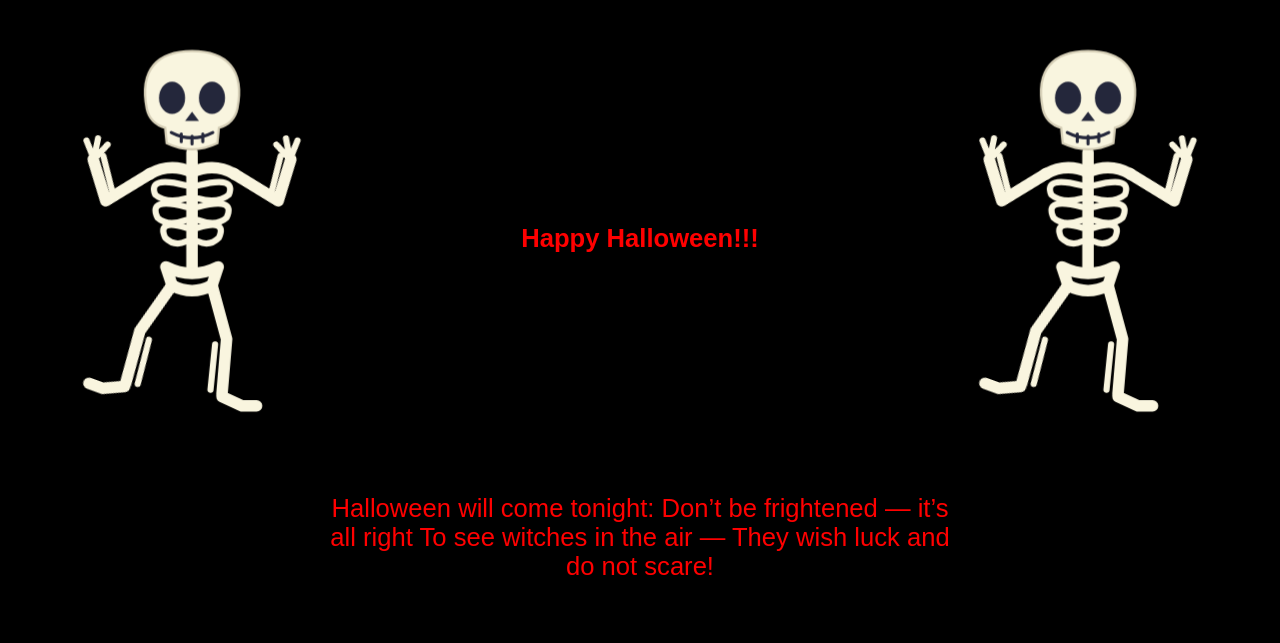
Repository: TkachenkoAlinaArthurovna/production
Page: css/animation/animation.html
An editor plug-in stored every save of this project. The page is shown before and after the next save, followed by the edit.
The browser window is 1280 px wide. The pictures show the whole page.
Some web fonts or font styles are not loaded; a fallback is used.

Above is the page before, as saved 2026-10-18 15:57:55.

### css/animation/animation.html
<!doctype html>
<html lang="en">
  <head>
    <meta charset="UTF-8" />
    <meta name="viewport" content="width=device-width, initial-scale=1.0" />
    <title>Document</title>
    <link rel="stylesheet" href="./animation.css" />
    <link rel="preconnect" href="https://fonts.googleapis.com" />
    <link rel="preconnect" href="https://fonts.gstatic.com" crossorigin />
    <link
      href="https://fonts.googleapis.com/css2?family=Nosifer&display=swap"
      rel="stylesheet"
    />
  </head>
  <body>
    <div class="container">
      <svg
        xmlns="http://www.w3.org/2000/svg"
        width="500"
        height="600"
        viewBox="0 0 500 600"
        role="img"
        aria-labelledby="title desc"
      >
        <title id="title">Скелетик танцює по-новому</title>
        <desc id="desc">
          Скелетик піднімає обидві руки та по черзі піднімає ноги.
        </desc>
        <style>
          .bone {
            fill: none;
            stroke: #f9f5df;
            stroke-width: 15;
            stroke-linecap: round;
            stroke-linejoin: round;
          }
          .thin {
            stroke-width: 8;
          }
          .left-arm {
            transform-origin: 195px 220px;
            animation: armLeft 1.6s ease-in-out infinite;
          }
          .right-arm {
            transform-origin: 305px 220px;
            animation: armRight 1.6s ease-in-out infinite;
          }
          .left-leg {
            transform-origin: 224px 365px;
            animation: legLeft 1.6s ease-in-out infinite;
          }
          .right-leg {
            transform-origin: 276px 365px;
            animation: legRight 1.6s ease-in-out infinite;
          }
          .dancer {
            animation: bounce 1.6s ease-in-out infinite;
          }
          @keyframes armLeft {
            0%,
            100% {
              transform: rotate(0deg);
            }
            50% {
              transform: rotate(100deg);
            }
          }
          @keyframes armRight {
            0%,
            100% {
              transform: rotate(0deg);
            }
            50% {
              transform: rotate(-100deg);
            }
          }
          @keyframes legLeft {
            0%,
            50%,
            100% {
              transform: rotate(0deg);
            }
            25% {
              transform: rotate(40deg);
            }
          }
          @keyframes legRight {
            0%,
            50%,
            100% {
              transform: rotate(0deg);
            }
            75% {
              transform: rotate(-40deg);
            }
          }
          @keyframes bounce {
            0%,
            50%,
            100% {
              transform: translateY(0);
            }
            25%,
            75% {
              transform: translateY(-8px);
            }
          }
          @media (prefers-reduced-motion: reduce) {
            .dancer,
            .left-arm,
            .right-arm,
            .left-leg,
            .right-leg {
              animation: none;
            }
          }
        </style>
        <!-- Прозорий фон. Кожна кінцівка має власну точку обертання. -->
        <g class="dancer">
          <g class="left-leg bone">
            <path d="M224 365L205 435L211 506" />
            <path class="thin" d="M220 442L226 501" />
            <path d="M211 510L185 522L166 522" />
          </g>
          <g class="right-leg bone">
            <path d="M276 365L295 435L289 506" />
            <path class="thin" d="M280 442L274 501" />
            <path d="M289 510L315 522L334 522" />
          </g>
          <g class="left-arm bone">
            <path d="M195 220L147 267L119 218" />
            <path class="thin" d="M155 258L131 211" />
            <path
              class="thin"
              d="M120 218L105 196M120 218L119 190M120 218L133 195"
            />
          </g>
          <g class="right-arm bone">
            <path d="M305 220L353 267L381 218" />
            <path class="thin" d="M345 258L369 211" />
            <path
              class="thin"
              d="M380 218L395 196M380 218L381 190M380 218L367 195"
            />
          </g>
          <g class="bone">
            <path d="M250 192V341" />
            <path d="M195 220Q222 205 250 218Q278 205 305 220" />
            <path
              class="thin"
              d="M242 235Q192 222 202 247Q216 259 242 252M258 235Q308 222 298 247Q284 259 258 252"
            />
            <path
              class="thin"
              d="M242 263Q192 250 205 277Q218 289 242 280M258 263Q308 250 295 277Q282 289 258 280"
            />
            <path
              class="thin"
              d="M242 290Q204 279 215 303Q227 315 242 308M258 290Q296 279 285 303Q273 315 258 308"
            />
            <path d="M216 341Q250 358 284 341L276 365Q250 379 224 365Z" />
          </g>
          <path
            fill="#f9f5df"
            stroke="#d6cfb7"
            stroke-width="3"
            d="M191 135C181 84 205 60 250 60S319 84 309 135Q305 154 285 160L283 180Q250 196 217 180L215 160Q195 154 191 135Z"
          />
          <ellipse cx="224" cy="121" rx="17" ry="21" fill="#24273b" />
          <ellipse cx="276" cy="121" rx="17" ry="21" fill="#24273b" />
          <path d="M250 139L241 151H259Z" fill="#24273b" />
          <path
            d="M223 166Q250 180 277 166M236 168V178M250 171V181M264 168V178"
            fill="none"
            stroke="#24273b"
            stroke-width="4"
            stroke-linecap="round"
          />
        </g>
      </svg>

      <h1>Happy Halloween!!!</h1>

      <svg
        xmlns="http://www.w3.org/2000/svg"
        width="500"
        height="600"
        viewBox="0 0 500 600"
        role="img"
        aria-labelledby="title desc"
      >
        <title id="title">Скелетик танцює по-новому</title>
        <desc id="desc">
          Скелетик піднімає обидві руки та по черзі піднімає ноги.
        </desc>
        <style>
          .bone {
            fill: none;
            stroke: #f9f5df;
            stroke-width: 15;
            stroke-linecap: round;
            stroke-linejoin: round;
          }
          .thin {
            stroke-width: 8;
          }
          .left-arm {
            transform-origin: 195px 220px;
            animation: armLeft 1.6s ease-in-out infinite;
          }
          .right-arm {
            transform-origin: 305px 220px;
            animation: armRight 1.6s ease-in-out infinite;
          }
          .left-leg {
            transform-origin: 224px 365px;
            animation: legLeft 1.6s ease-in-out infinite;
          }
          .right-leg {
            transform-origin: 276px 365px;
            animation: legRight 1.6s ease-in-out infinite;
          }
          .dancer {
            animation: bounce 1.6s ease-in-out infinite;
          }
          @keyframes armLeft {
            0%,
            100% {
              transform: rotate(0deg);
            }
            50% {
              transform: rotate(100deg);
            }
          }
          @keyframes armRight {
            0%,
            100% {
              transform: rotate(0deg);
            }
            50% {
              transform: rotate(-100deg);
            }
          }
          @keyframes legLeft {
            0%,
            50%,
            100% {
              transform: rotate(0deg);
            }
            25% {
              transform: rotate(40deg);
            }
          }
          @keyframes legRight {
            0%,
            50%,
            100% {
              transform: rotate(0deg);
            }
            75% {
              transform: rotate(-40deg);
            }
          }
          @keyframes bounce {
            0%,
            50%,
            100% {
              transform: translateY(0);
            }
            25%,
            75% {
              transform: translateY(-8px);
            }
          }
          @media (prefers-reduced-motion: reduce) {
            .dancer,
            .left-arm,
            .right-arm,
            .left-leg,
            .right-leg {
              animation: none;
            }
          }
        </style>
        <!-- Прозорий фон. Кожна кінцівка має власну точку обертання. -->
        <g class="dancer">
          <g class="left-leg bone">
            <path d="M224 365L205 435L211 506" />
            <path class="thin" d="M220 442L226 501" />
            <path d="M211 510L185 522L166 522" />
          </g>
          <g class="right-leg bone">
            <path d="M276 365L295 435L289 506" />
            <path class="thin" d="M280 442L274 501" />
            <path d="M289 510L315 522L334 522" />
          </g>
          <g class="left-arm bone">
            <path d="M195 220L147 267L119 218" />
            <path class="thin" d="M155 258L131 211" />
            <path
              class="thin"
              d="M120 218L105 196M120 218L119 190M120 218L133 195"
            />
          </g>
          <g class="right-arm bone">
            <path d="M305 220L353 267L381 218" />
            <path class="thin" d="M345 258L369 211" />
            <path
              class="thin"
              d="M380 218L395 196M380 218L381 190M380 218L367 195"
            />
          </g>
          <g class="bone">
            <path d="M250 192V341" />
            <path d="M195 220Q222 205 250 218Q278 205 305 220" />
            <path
              class="thin"
              d="M242 235Q192 222 202 247Q216 259 242 252M258 235Q308 222 298 247Q284 259 258 252"
            />
            <path
              class="thin"
              d="M242 263Q192 250 205 277Q218 289 242 280M258 263Q308 250 295 277Q282 289 258 280"
            />
            <path
              class="thin"
              d="M242 290Q204 279 215 303Q227 315 242 308M258 290Q296 279 285 303Q273 315 258 308"
            />
            <path d="M216 341Q250 358 284 341L276 365Q250 379 224 365Z" />
          </g>
          <path
            fill="#f9f5df"
            stroke="#d6cfb7"
            stroke-width="3"
            d="M191 135C181 84 205 60 250 60S319 84 309 135Q305 154 285 160L283 180Q250 196 217 180L215 160Q195 154 191 135Z"
          />
          <ellipse cx="224" cy="121" rx="17" ry="21" fill="#24273b" />
          <ellipse cx="276" cy="121" rx="17" ry="21" fill="#24273b" />
          <path d="M250 139L241 151H259Z" fill="#24273b" />
          <path
            d="M223 166Q250 180 277 166M236 168V178M250 171V181M264 168V178"
            fill="none"
            stroke="#24273b"
            stroke-width="4"
            stroke-linecap="round"
          />
        </g>
      </svg>
    </div>
    <p class="text">
      Halloween will come tonight: Don’t be frightened — it’s all right To see
      witches in the air — They wish luck and do not scare!
    </p>
  </body>
</html>

### css/animation/animation.css
body {
  display: flex;
  flex-direction: column;
  background-color: black;
  align-items: center;

  font-family: "Nosifer", sans-serif;
  font-weight: 400;
  font-style: normal;
  color: red;
  font-size: 2vw;
}
.text {
  width: 50vw;
  text-align: center;
}
.container {
  display: flex;
  justify-content: center;
  align-items: center;
}
h1 {
  width: 40vw;
  text-align: center;
  font-size: max(14px, 2vw);
}
svg {
  width: 30vw;
  height: auto;
}

After the next save:
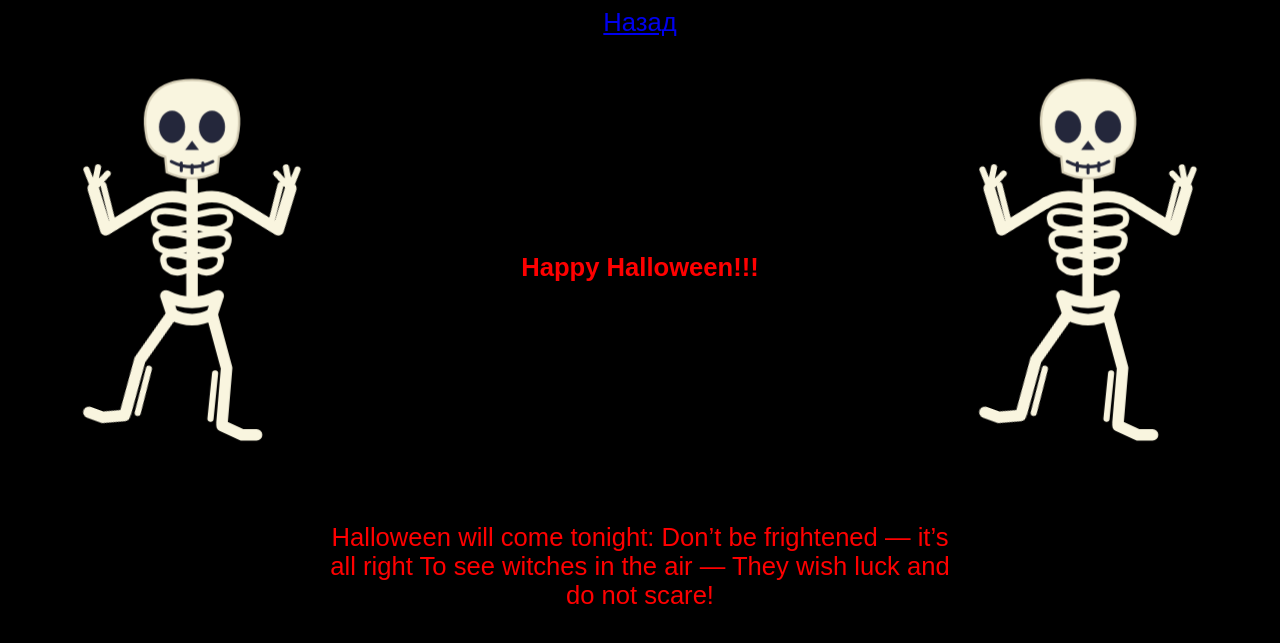
Saved 4 min 57 s later.
--- a/css/animation/animation.html
+++ b/css/animation/animation.html
@@ -13,6 +13,7 @@
     />
   </head>
   <body>
+    <a href="../notes.html">Назад</a>
     <div class="container">
       <svg
         xmlns="http://www.w3.org/2000/svg"
